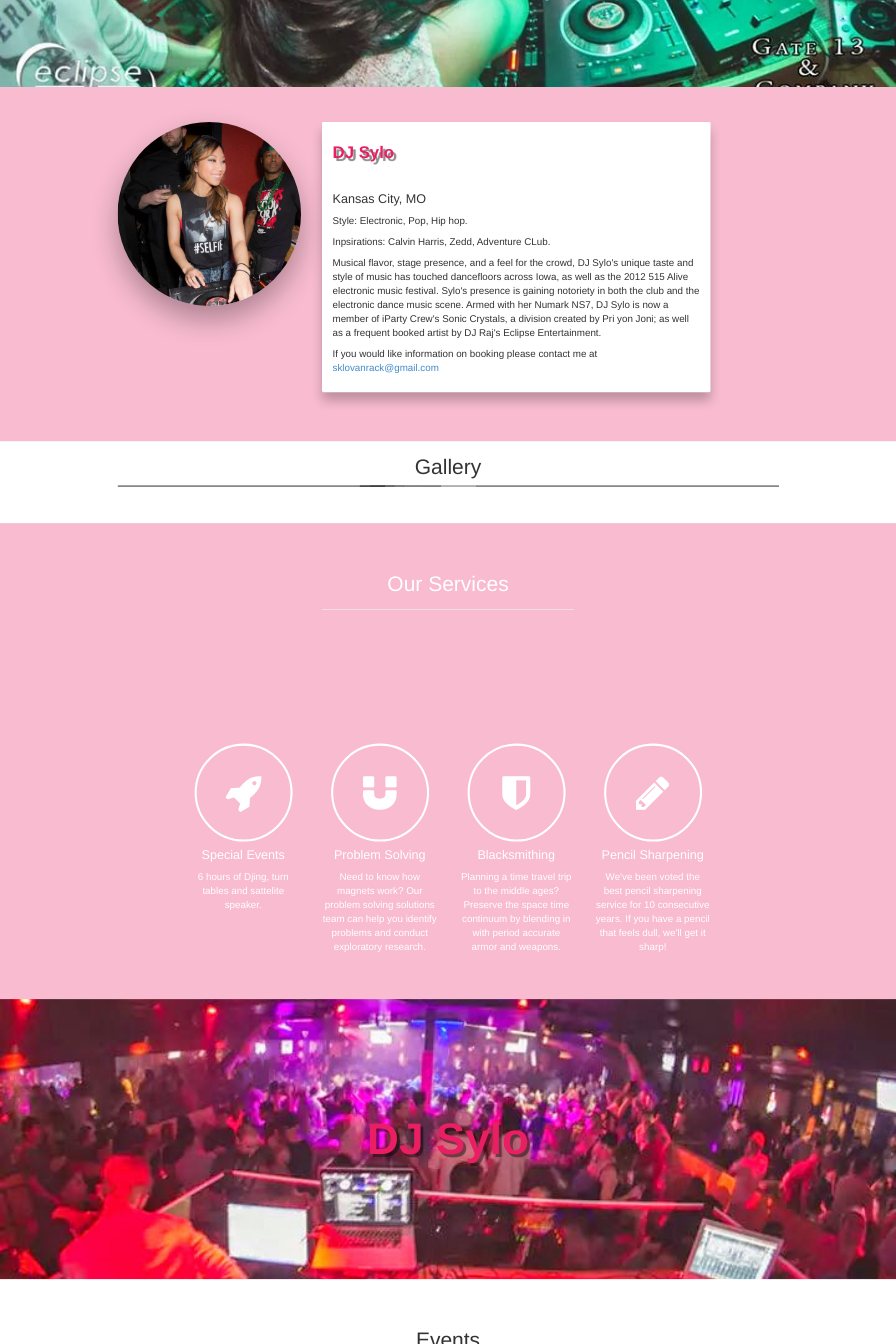
Repository: BambooXLotus/DjSylo
Page: client/index.html
The author's editor kept a record of every edit. The page is drawn from the files as they stood at one moment, then again after the next edit.
The browser window is 1280 px wide. The pictures show the part of the page from y = 596 to 2516 px (the page is 4655 px tall before and 4656 px after), at 70% of full size.
Pictures or frames that could not be fetched are drawn as grey boxes. Some icons come from a web library that is not loaded, so they are not drawn. Backgrounds fixed to the window are drawn as part of the page. Some web libraries are served in a nearby version.

Above is the page before.
Not found: client/img/card-background.jpeg

### client/index.html
<!DOCTYPE html>
<html lang="en">

<head>
    <meta charset="utf-8">
    <meta name="viewport" content="width=device-width, initial-scale=1.0">
    <meta name="description" content="">
    <meta name="author" content="">
    <title>DJ Sylo</title>
    <!-- Bootstrap core CSS
        -->
    <link href="css/bootstrap.css" rel="stylesheet">
    <!-- Add custom CSS here -->
    <link href="css/stylish-portfolio.css" rel="stylesheet">
    <link href="//maxcdn.bootstrapcdn.com/font-awesome/4.1.0/css/font-awesome.min.css" rel="stylesheet">
    <link href="css/nanogallery.min.css" rel="stylesheet" type="text/css">
</head>

<body>
    <!-- Side Menu -->
    <nav class="navbar navbar-fixed-top navbar-inverse" role="navigation">
        <div class="container">
            <div class="navbar-header">
                <button type="button" class="navbar-toggle" data-toggle="collapse" data-target=".navbar-ex1-collapse">
                    <span class="sr-only">Toggle navigation</span>
                    <span class="icon-bar"></span>
                    <span class="icon-bar"></span>
                    <span class="icon-bar"></span>
                </button>
                <a class="navbar-brand" href="index.php">DJ <b>Sylo</b></a>
            </div>
            <!-- Collect the nav links, forms, and other content for toggling -->
            <div class="collapse navbar-collapse navbar-ex1-collapse">
                <ul class="nav navbar-nav">
                    <li>
                        <a href="#top">Home</a>
                    </li>
                    <li>
                        <a href="#about">Bio</a>
                    </li>
                    <li>
                        <a href="#gallery">Gallery</a>
                    </li>
                    <li>
                        <a href="#services">Services</a>
                    </li>
                    <li>
                        <a href="#portfolio">Events</a>
                    </li>
                    <li>
                        <a href="#portfolio">Discography</a>
                    </li>
                    <li>
                        <a href="#contact">Contact</a>
                    </li>
                </ul>
            </div>
            <!-- /.navbar-collapse -->
        </div>
        <!-- /.container -->
    </nav>
    <!-- /Side Menu -->
    <!-- Full Page Image Header Area -->
    <div id="top" class="header">
        <div class="vert-text">
            <div class="hero">
                <h1>DJ <b>Sylo</b></h1>
                <a href="#contact" class="btn btn-lg btn-default">Contact</a>
            </div>
        </div>
    </div>
    <!-- /Full Page Image Header Area -->
    <!-- Intro -->
    <div id="about" class="about">
        <div class="container">
            <div class="row">
                <div class="col-md-3 col-md-offset-1">
                    <img class="img-circle img-responsive circle-shadow" src="img/portrait-sm.jpg">
                </div>
                <div class="col-md-6 col-xs-12">
                    <div class="panel panel-default dialog">
                        <div class="panel-heading">
                            <h3>DJ Sylo</h3>
                        </div>
                        <div class="panel-body">
                            <h4>Kansas City, MO</h4>
                            <p>Style: Electronic, Pop, Hip hop.</p>
                            <p>Inpsirations: Calvin Harris, Zedd, Adventure CLub.</p>
                            <p>Musical flavor, stage presence, and a feel for the crowd, DJ Sylo's unique taste and style of music has touched dancefloors across Iowa, as well as the 2012 515 Alive electronic music festival. Sylo's presence is gaining notoriety
                                in both the club and the electronic dance music scene. Armed with her Numark NS7, DJ Sylo is now a member of iParty Crew's Sonic Crystals, a division created by Pri yon Joni; as well as a frequent booked artist by DJ Raj's
                                Eclipse Entertainment.</p>
                            <p>If you would like information on booking please contact me at <a href="sklovanrack@gmail.com">sklovanrack@gmail.com</a>
                            </p>
                        </div>
                    </div>
                </div>
            </div>
        </div>
    </div>
    <!-- /Intro -->
    <!-- Gallery -->
    <div id="gallery" class="gallery">
        <div class="container">
            <div class="row">
                <div class="col-md-6 col-md-offset-3 text-center">
                    <h2>Gallery</h2>
                </div>
            </div>
            <div class="row">
                <div class="col-md-10 col-md-offset-1 col-xs-12 text-center">
                    <div id="nanoGallery2"></div>
                </div>
            </div>
        </div>
    </div>
    <!-- /Gallery -->
    <!-- Services -->
    <div id="services" class="services">
        <div class="container">
            <div class="row">
                <div class="col-md-4 col-md-offset-4 text-center">
                    <h2>Our Services</h2>
                    <hr>
                </div>
            </div>
            <div class="row">
                <div class="col-md-offset-3 col-md-6">
                    <iframe width="100%" height="166" scrolling="no" frameborder="no" src="https://w.soundcloud.com/player/?url=https%3A//api.soundcloud.com/tracks/160960689&amp;color=ff5500&amp;auto_play=false&amp;hide_related=false&amp;show_comments=true&amp;show_user=true&amp;show_reposts=false"></iframe>
                </div>
            </div>
            <div class="row">
                <div class="col-md-2 col-md-offset-2 text-center">
                    <div class="service-item">
                        <i class="service-icon fa fa-rocket"></i>
                        <h4>Special Events</h4>
                        <p>6 hours of Djing, turn tables and sattelite speaker.</p>
                    </div>
                </div>
                <div class="col-md-2 text-center">
                    <div class="service-item">
                        <i class="service-icon fa fa-magnet"></i>
                        <h4>Problem Solving</h4>
                        <p>Need to know how magnets work? Our problem solving solutions team can help you identify problems and conduct exploratory research.</p>
                    </div>
                </div>
                <div class="col-md-2 text-center">
                    <div class="service-item">
                        <i class="service-icon fa fa-shield"></i>
                        <h4>Blacksmithing</h4>
                        <p>Planning a time travel trip to the middle ages? Preserve the space time continuum by blending in with period accurate armor and weapons.</p>
                    </div>
                </div>
                <div class="col-md-2 text-center">
                    <div class="service-item">
                        <i class="service-icon fa fa-pencil"></i>
                        <h4>Pencil Sharpening</h4>
                        <p>We've been voted the best pencil sharpening service for 10 consecutive years. If you have a pencil that feels dull, we'll get it sharp!</p>
                    </div>
                </div>
            </div>
        </div>
    </div>
    <!-- /Services -->
    <!-- Callout -->
    <div class="callout">
        <div class="vert-text">
            <h1>DJ Sylo</h1>
        </div>
    </div>
    <!-- /Callout -->
    <!-- Portfolio -->
    <div id="portfolio" class="portfolio">
        <div class="container">
            <div class="row">
                <div class="col-md-4 col-md-offset-4 text-center">
                    <h2>Events</h2>
                    <hr>
                </div>
            </div>
            <div class="row">
                <a class="col-md-4 col-md-offset-2">
                    <a class="panel card fixed-card">
                        <div class="panel-heading">
                            <h3 class="panel-title">Jokers</h3>
                            <h4 class="panel-title stickyBottom">Des Moines - Iowa</h4>
                            <img class="img-portfolio img-responsive" src="img/one-1.jpg">
                        </div>
                        <div class="panel-body">
                            <h4>November 26th Wednesday</h4>
                        </div>
                    </a>
                </a>
                <div class="col-md-4 text-center">
                    <div class="portfolio-item">
                        <a href="#">

                            <img class="img-portfolio img-responsive" src="img/portfolio-2.jpg">

                        </a>
                        <h4>Jokers 2014</h4>
                    </div>
                </div>
            </div>
            <div class="row">
                <div class="col-md-4 col-md-offset-2 text-center">
                    <div class="portfolio-item">
                        <a href="#">

                            <img class="img-portfolio img-responsive" src="img/portfolio-3.jpg">

                        </a>
                        <h4>Cafe Mood</h4>
                    </div>
                </div>
                <div class="col-md-4 text-center">
                    <div class="portfolio-item">
                        <a href="#">

                            <img class="img-portfolio img-responsive" src="img/portfolio-4.jpg">

                        </a>
                        <h4>Power and Light 2015</h4>
                    </div>
                </div>
            </div>
        </div>
    </div>
    <!-- /Portfolio -->
    <!-- Call to Action -->
    <div class="call-to-action">
        <div class="container">
            <div class="row">
                <div class="col-md-6 col-md-offset-3 text-center">
                    <h3>Place Holder.</h3>
                    <a href="#" class="btn btn-lg btn-default">Click Me!</a>
                    <a href="#" class="btn btn-lg btn-primary">Look at Me!</a>
                </div>
            </div>
        </div>
    </div>
    <!-- /Call to Action -->
    <!-- Map -->
    <div id="contact">
        <div class="container">
            <div class="row">
                <div class="col-md-6 col-md-offset-3">
                    <h3>Contact</h3>
                    <hr>
                    <address>
                            <strong>Email:</strong>
                            <a href="mailto:#">sklovanrack@gmail.com</a>
                            <br>
                            <br>
                            <strong>Phone:</strong>(515) 329-2323</address>
                </div>
            </div>
            <div>
                <div class="col-md-6 col-md-offset-3 contact-form">
                    <form id="contact" method="post" class="form" role="form">
                        <div class="row">
                            <div class="col-xs-6 col-md-6 form-group">
                                <input class="form-control" id="name" name="name" placeholder="Name" type="text" />
                            </div>
                            <div class="col-xs-6 col-md-6 form-group">
                                <input class="form-control" id="email" name="email" placeholder="Email" type="email" required />
                            </div>
                        </div>
                        <textarea class="form-control" id="message" name="message" placeholder="Message" rows="5"></textarea>
                        <br />
                        <div class="row">
                            <div class="col-xs-12 col-md-12 form-group">
                                <button class="btn btn-primary pull-right" type="submit">Submit</button>
                            </div>
                        </div>
                    </form>
                </div>
            </div>
        </div>
    </div>
    <!-- /Map -->
    <!-- Footer -->
    <footer>
        <div class="container">
            <div class="row">
                <div class="col-md-6 col-md-offset-3 text-center">
                    <ul class="list-inline">
                        <li>
                            <a class="fa fa-facebook fa-3x" href="https://www.facebook.com/DJSyloSonicCrystals"></a>
                        </li>
                        <li>
                            <i class="fa fa-twitter fa-3x"></i>
                        </li>
                        <li>
                            <i class="fa fa-instagram fa-3x"></i>
                        </li>
                        <li>
                            <a class="fa fa-soundcloud fa-3x" href="https://soundcloud.com/bambooproduction/sets"></a>
                        </li>
                    </ul>
                    <div class="top-scroll">
                        <a href="#top"><i class="fa fa-circle-arrow-up scroll fa-4x"></i></a>
                    </div>
                    <hr>
                    <p>Copyright &copy; Bamboo Lotus 2014</p>
                </div>
            </div>
        </div>
    </footer>
    <!-- /Footer -->
    <!-- JavaScript -->
    <script src="js/jquery-1.10.2.js"></script>
    <script src="js/bootstrap.js"></script>

    <!-- nanoGALLERY plugin files -->
    <script type="text/javascript" src="js/jquery.nanogallery.min.js"></script>
    <!-- Custom JavaScript for the Side Menu and Smooth Scrolling
        -->
    <script>
        $("#menu-close").click(function(e) {
            e.preventDefault();
            $("#sidebar-wrapper").toggleClass("active");
        });
    </script>
    <script>
        $("#menu-toggle").click(function(e) {
            e.preventDefault();
            $("#sidebar-wrapper").toggleClass("active");
        });
    </script>
    <script>
        $(function() {
            $('a[href*=#]:not([href=#])').click(function() {
                if (location.pathname.replace(/^\//, '') == this.pathname.replace(/^\//, '') || location.hostname == this.hostname) {

                    var target = $(this.hash);
                    target = target.length ? target : $('[name=' + this.hash.slice(1) + ']');
                    if (target.length) {
                        $('html,body').animate({
                            scrollTop: target.offset().top
                        }, 1000);
                        return false;
                    }
                }
            });

            $("#nanoGallery2").nanoGallery({
                thumbnailWidth: 'auto',
                thumbnailHeight: 200,
                userID: 'derensomsanith@gmail.com',
                kind: 'picasa',
                album: '6020738059883313137',
                colorSchemeViewer: 'light',
                thumbnailHoverEffect: [{
                    name: 'labelAppear75',
                    duration: 300
                }],
                thumbnailGutterWidth: 1,
                thumbnailGutterHeight: 1,
                i18n: {
                    thumbnailImageDescription: 'View Photo',
                    thumbnailAlbumDescription: 'Open Album'
                },
                thumbnailLabel: {
                    display: true,
                    position: 'overImageOnMiddle',
                    align: 'center'
                },
                photoSorting: 'random',
                lazyBuild: 'none',
                lazyBuildTreshold: 300
            });
        });

        (function(i, s, o, g, r, a, m) {
            i['GoogleAnalyticsObject'] = r;
            i[r] = i[r] || function() {
                (i[r].q = i[r].q || []).push(arguments)
            }, i[r].l = 1 * new Date();
            a = s.createElement(o),
                m = s.getElementsByTagName(o)[0];
            a.async = 1;
            a.src = g;
            m.parentNode.insertBefore(a, m)
        })(window, document, 'script', '//www.google-analytics.com/analytics.js', 'ga');

        ga('create', 'UA-56532059-1', 'auto');
        ga('send', 'pageview');
    </script>
</body>

</html>

### client/css/stylish-portfolio.css
/* Global Styles */

html,
body {
  height: 100%;
  width: 100%;
}
h1 {
  color: #e91e63;
  text-shadow: 4px 4px 1px rgba(0, 0, 0, 0.45);
}
h3 {
  color: #e91e63;
  text-shadow: 4px 4px 1px rgba(0, 0, 0, 0.45);
  font-weight: bold;
}
.vert-text {
  display: table-cell;
  vertical-align: middle;
  text-align: center;
}
.vert-text h1 {
  padding: 0;
  margin: 0;
  font-size: 4.5em;
  font-weight: 700;
}
/* Side Menu */

#sidebar-wrapper {
  margin-right: -250px;
  right: 0;
  width: 250px;
  background: #000;
  position: fixed;
  height: 100%;
  overflow-y: auto;
  z-index: 1000;
  -webkit-transition: all 0.4s ease 0s;
  -moz-transition: all 0.4s ease 0s;
  -ms-transition: all 0.4s ease 0s;
  -o-transition: all 0.4s ease 0s;
  transition: all 0.4s ease 0s;
}
.sidebar-nav {
  position: absolute;
  top: 0;
  width: 250px;
  list-style: none;
  margin: 0;
  padding: 0;
}
.sidebar-nav li {
  line-height: 40px;
  text-indent: 20px;
}
.sidebar-nav li a {
  color: #999999;
  display: block;
  text-decoration: none;
}
.sidebar-nav li a:hover {
  color: #fff;
  background: rgba(255, 255, 255, 0.2);
  text-decoration: none;
}
.sidebar-nav li a:active,
.sidebar-nav li a:focus {
  text-decoration: none;
}
.sidebar-nav > .sidebar-brand {
  height: 55px;
  line-height: 55px;
  font-size: 18px;
}
.sidebar-nav > .sidebar-brand a {
  color: #999999;
}
.sidebar-nav > .sidebar-brand a:hover {
  color: #fff;
  background: none;
}
#menu-toggle {
  top: 0;
  right: 0;
  position: fixed;
  z-index: 1;
}
#sidebar-wrapper.active {
  right: 250px;
  width: 250px;
  -webkit-transition: all 0.4s ease 0s;
  -moz-transition: all 0.4s ease 0s;
  -ms-transition: all 0.4s ease 0s;
  -o-transition: all 0.4s ease 0s;
  transition: all 0.4s ease 0s;
}
.toggle {
  margin: 5px 5px 0 0;
}
/* Full Page Image Header Area */

.header {
  display: table;
  height: 100%;
  width: 100%;
  position: relative;
  background: url(../img/DJSyloJumbotron.jpeg) no-repeat center center fixed;
  -webkit-background-size: cover;
  -moz-background-size: cover;
  -o-background-size: cover;
  background-size: cover;
}
/* Intro */

.intro {
  padding: 50px 0;
}
/* About */

.about {
  background: #f8bbd0;
  padding: 50px 0;
}
/* Services */

.services {
  background: #f8bbd0;
  padding: 50px 0;
  color: #ffffff;
}
.service-item {
  margin-bottom: 15px;
}
i.service-icon {
  border: 3px solid #ffffff;
  border-radius: 50%;
  display: inline-block;
  font-size: 56px;
  width: 140px;
  height: 140px;
  line-height: 136px;
  vertical-align: middle;
  text-align: center;
}
/* Callout */

.callout {
  color: #ffffff;
  display: table;
  height: 400px;
  width: 100%;
  background: url(../img/callout_DJSylo.jpeg) no-repeat center center fixed;
  -webkit-background-size: cover;
  -moz-background-size: cover;
  -o-background-size: cover;
  background-size: cover;
}
/* Portfolio */

.portfolio {
  padding: 50px 0;
}
.portfolio-item {
  margin-bottom: 25px;
}
.img-portfolio {
  margin: 0 auto;
}
/* Call to Action */

.call-to-action {
  color: #ffffff;
  background: #ec407a;
  padding: 50px 0;
}
.call-to-action .btn {
  margin: 10px;
}
/* Map */

.map {
  height: 500px;
}
/* Footer */

footer {
  padding: 100px 0;
}
.top-scroll {
  margin-top: 50px;
}
.top-scroll a {
  text-decoration: none;
  color: inherit;
}
i.scroll {
  color: #333333;
}
i.scroll:hover {
  color: #0a5175;
}
/* Responsive */

@media (max-width: 768px) {
  .header {
    background: url(../img/DJSyloJumbotron.jpeg) no-repeat center center scroll;
  }
  .callout {
    background: url(../img/callout_DJSylo.jpeg) no-repeat center center scroll;
  }
  .map {
    height: 75%;
  }
}
html,
body {
  height: 100%;
}
.carousel,
.item,
.active {
  height: 100%;
}
.carousel-inner {
  height: 100%;
}
.fill {
  width: 100%;
  height: 100%;
  background-position: center;
  background-size: cover;
}
/* faster sliding speed */

.carousel-inner > .item {
  -webkit-transition: 0.3s ease-in-out left;
  -moz-transition: 0.3s ease-in-out left;
  -o-transition: 0.3s ease-in-out left;
  transition: 0.3s ease-in-out left;
}
/* keep full widget on smaller screens */

@media (max-width: 767px) {
  body {
    padding-left: 0;
    padding-right: 0;
  }
}
#galleryContainer {
  background: #DDD;
  max-width: 1000px;
  max-height: 500px;
}
.item img {
  width: 50%;
}
.item.w2 {
  width: 25%;
}

.panel-default > .panel-heading {
  background: url(../img/card-background.jpeg);
  border-bottom: 0px;
}

.circle-shadow{
      box-shadow: 0 19px 38px rgba(0,0,0,0.30);
}

    /* Card, Dialog */
    .card, .dialog {
      border-radius: 2px;
      border: 0px;
      position: relative;
      display: inline-block;
      vertical-align: top;
      background-color: #fff;
      box-shadow: 0 12px 15px 0 rgba(0, 0, 0, 0.24);
    }

    .fixed-card{
      width: 400px;
      height: 400px;
    }

    .panel-title {
    position: absolute;
    background: rgba(34, 34, 34, 0.6);
    color: White;
    padding: 5px;
    z-index: 3;
    -webkit-transition: all .6s ease-in-out;
    -moz-transition: all .6s ease-in-out;
    -o-transition: all .6s ease-in-out;
    -ms-transition: all .6s ease-in-out;
    transition: all .6s ease-in-out;
}

Loaded but not shown: client/css/bootstrap.css (library); client/css/nanogallery.min.css (library); client/js/jquery-1.10.2.js (library); client/js/bootstrap.js (library); client/js/jquery.nanogallery.min.js (library)

After the next edit:
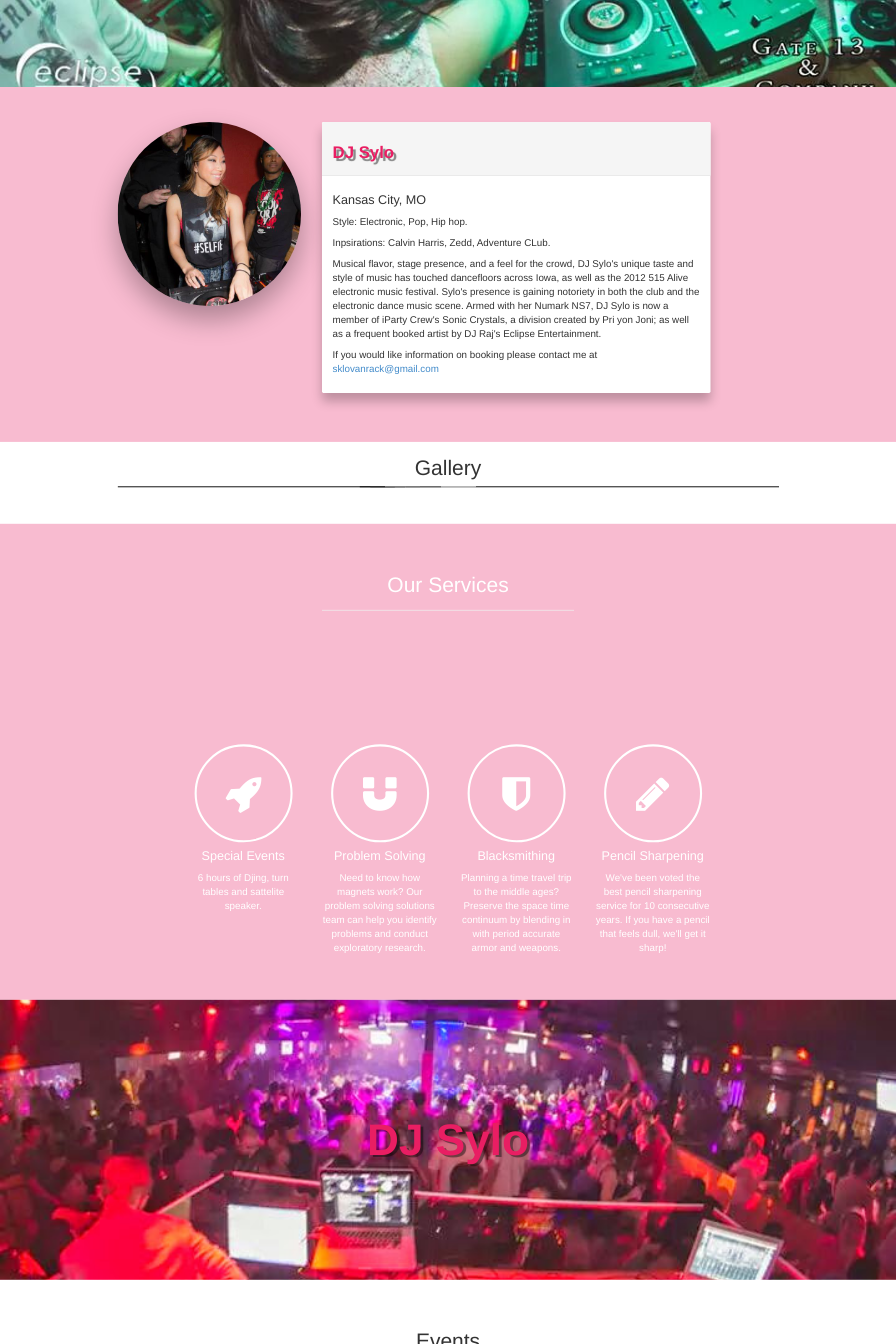
The edit:
--- a/client/css/stylish-portfolio.css
+++ b/client/css/stylish-portfolio.css
@@ -257,11 +257,6 @@
 }
 .item.w2 {
   width: 25%;
-}
-
-.panel-default > .panel-heading {
-  background: url(../img/card-background.jpeg);
-  border-bottom: 0px;
 }
 
 .circle-shadow{
